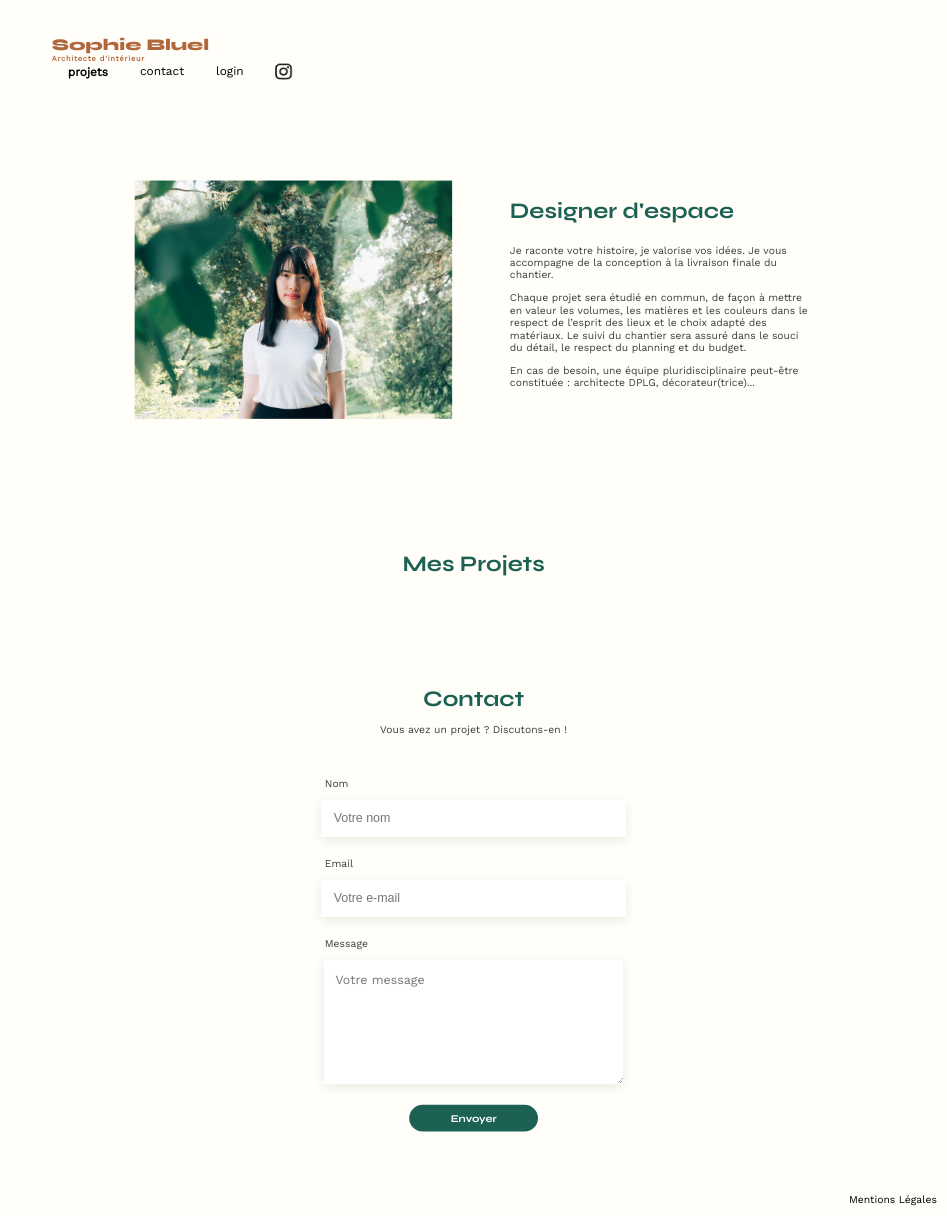
Repository: BlueSoley23/openclassrooms
Page: FrontEnd/index.html
An editor plug-in stored every save of this project. The page is shown before and after the next save, followed by the edit.
The browser window is 1280 px wide. The pictures show the whole page, at 74% of full size.
The page's requests for data from a server got no answer.

Above is the page before, as saved 2023-12-21 07:34:58.
Console error: TypeError: categories is not iterable

After the next save:
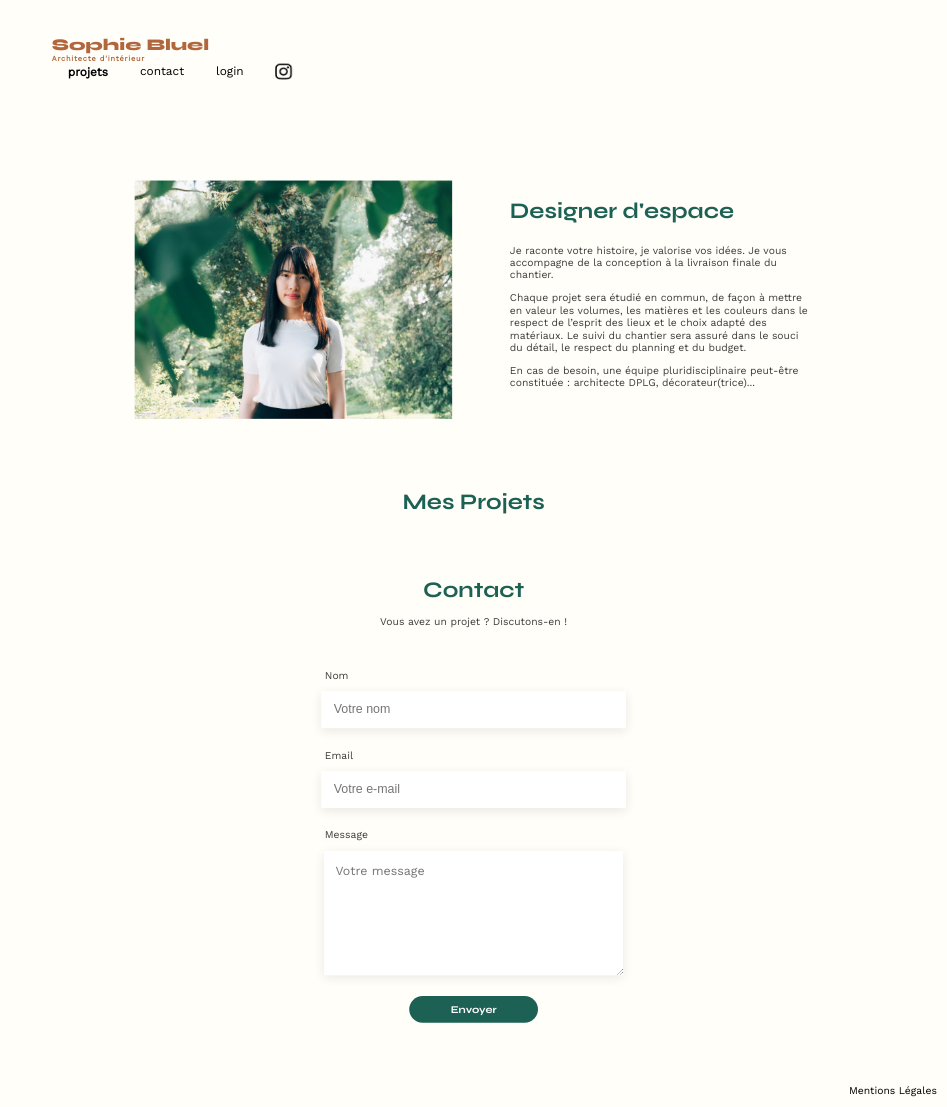
Saved 52 s later.
--- a/FrontEnd/assets/css/style.css
+++ b/FrontEnd/assets/css/style.css
@@ -565,7 +565,7 @@
 		justify-content: space-between;
 	  }
 
-	.portfolio__title--section {
+	.portfolio__title--section-login {
 		display: flex;
 		flex-direction: row;
 		justify-content: center;
@@ -574,7 +574,7 @@
 		margin-bottom: 4.5em;
 	  }
 
-	.modifier-link__content {
+	.modifier-link__content--login {
 	display: flex;
 	flex-direction: row;
 	justify-content: flex-end;
@@ -583,12 +583,12 @@
 	padding-left: 1.5em;
 	}
 
-	.modifier-link__content--title {
+	.modifier-link__content--title--login {
 	margin-left: 0.35em;
 	align-items: flex-end;
 	}
 
-	.modifier-link__content--icon {
+	.modifier-link__content--icon-login {
 	color: #000;
 	}
 
